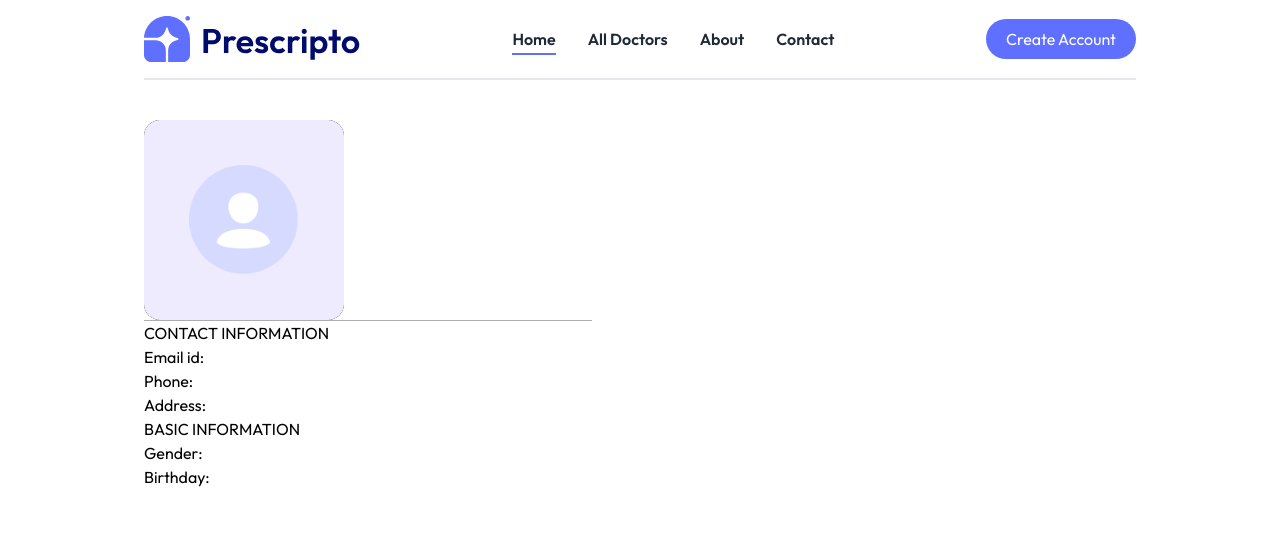
Repository: AzizHamdi99/Prescripto
Page: /profil (app in frontend/)
The author's editor kept a copy of each file at every save. The page is drawn from the files as they stood at one save, then again after the next save.
The browser window is 1280 px wide. The pictures show the whole page.
The page's requests for data from a server got no answer. The project was rebuilt for these pictures with package versions that can differ from the ones it lists, and the page was loaded fresh each time. No one was signed in, and anything a server would have sent is missing. Also part of the build but not shown: frontend/vite.config.js, frontend/src/components/Hero.jsx, frontend/src/components/Speciality.jsx, frontend/src/components/DoctorCard.jsx, frontend/src/components/TopDoctors.jsx, frontend/src/components/Banner.jsx, frontend/src/components/Footer.jsx, frontend/src/pages/Home.jsx and 7 more.

Above is the page before, as saved 2025-01-15 18:34:35.

After the next save:
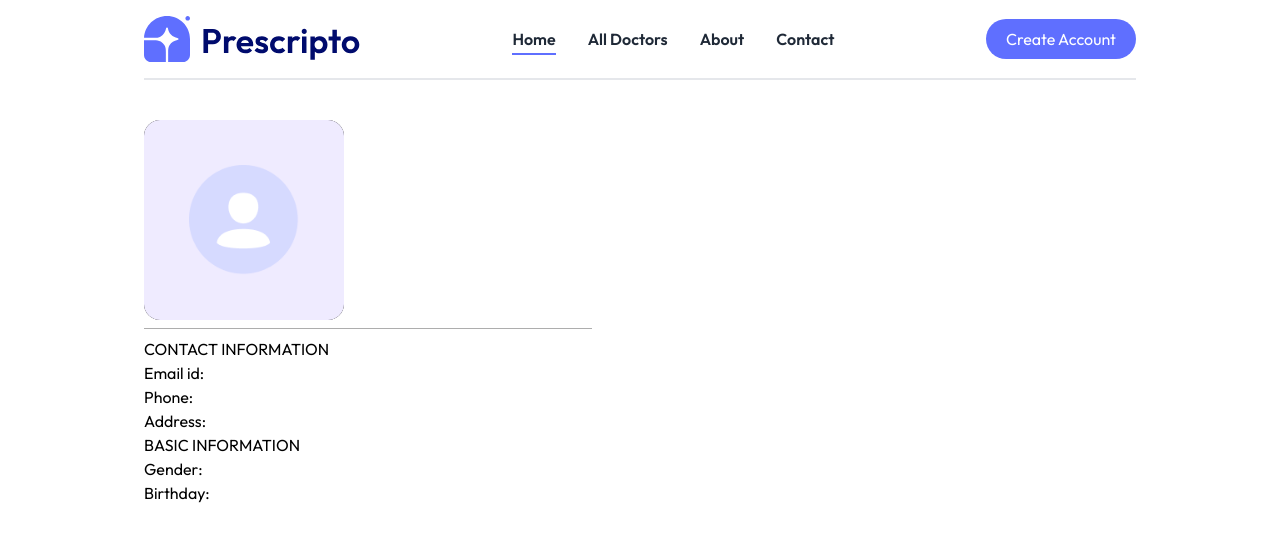
Saved 8 s later.
--- a/frontend/src/pages/Profile.jsx
+++ b/frontend/src/pages/Profile.jsx
@@ -48,7 +48,7 @@
     <div className="mt-10 ml-32">
       <img src={assets.uploadare} className="bg-black rounded-2xl w-[200px] h-[200px]" alt="" />
       <h1 className="text-[32px] text-[#1F2937] font-[500]">{user.name}</h1>
-    <div className="h-[1px] w-[40%] bg-[#ADADAD]"></div>
+    <div className="h-[1px] w-[40%] my-2 bg-[#ADADAD]"></div>
       <p>CONTACT INFORMATION</p>
       <div>
         <div>
